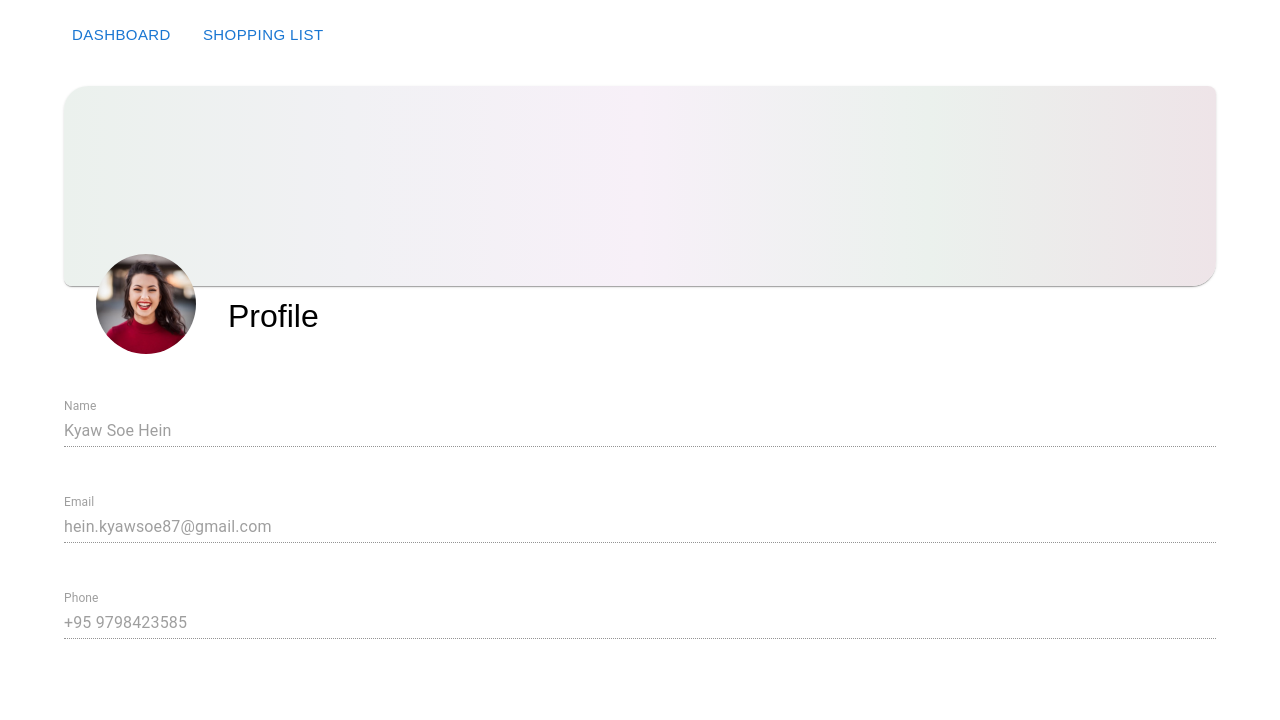
Repository: KyawSoeHein/GoogleAuthReact
Page: /
An editor plug-in stored every save of this project. The page is shown before and after the next save, followed by the edit.
The browser window is 1280 px wide. The pictures show the whole page.
The project was rebuilt for these pictures with package versions that can differ from the ones it lists, and the page was loaded fresh each time.

Above is the page before, as saved 2022-02-14 20:21:28.

### src/index.tsx
import React from "react";
import ReactDOM from "react-dom";
import "./index.css";
import App from "./App";
import Dashboard from "./View/Dashboard";
import reportWebVitals from "./reportWebVitals";

ReactDOM.render(
  <React.StrictMode>
    <Dashboard />
  </React.StrictMode>,
  document.getElementById("root")
);

// If you want to start measuring performance in your app, pass a function
// to log results (for example: reportWebVitals(console.log))
// or send to an analytics endpoint. Learn more: https://bit.ly/CRA-vitals
reportWebVitals();

### src/View/Dashboard.tsx
import React from "react";
import { Container, Grid, Stack } from "@mui/material";
import MenuSelection from "../Components/MenuSelection";
import UserInfo from "../Components/UserInfo";
import CoverAndProfilePhoto from "../Components/CoverAndProfilePhoto";

const Dashboard = () => {
  const dividerSpace = 16;

  return (
    <Grid>
      <Container>
        <div style={{ marginTop: dividerSpace }}>
          <MenuSelection />
        </div>

        <div style={{ marginTop: 2 * dividerSpace }}>
          <CoverAndProfilePhoto />
        </div>

        <div style={{ marginTop: 2 * dividerSpace }}>
          <UserInfo />
        </div>
      </Container>
    </Grid>
  );
};

export default Dashboard;

### src/Components/MenuSelection.tsx
import React from "react";
import { Button, Stack } from "@mui/material";
import "../App.css";

const MenuSelection = () => {
  const buttonFontSize = 15;

  return (
    <Stack direction={"row"} spacing={2}>
      <Button sx={{ fontSize: buttonFontSize, fontFamily: "sans-serif" }}>
        Dashboard
      </Button>
      <Button sx={{ fontSize: buttonFontSize, fontFamily: "sans-serif" }}>
        Shopping List
      </Button>
    </Stack>
  );
};

export default MenuSelection;

### src/Components/UserInfo.tsx
import React from "react";
import { Button, Stack, TextField } from "@mui/material";
import "../App.css";

const UserInfo = () => {
  const buttonFontSize = 15;

  return (
    <Stack spacing={6}>
      <TextField
        disabled
        id="standard-disabled"
        label="Name"
        defaultValue="Kyaw Soe Hein"
        variant="standard"
      />

      <TextField
        disabled
        id="standard-disabled"
        label="Email"
        defaultValue="hein.kyawsoe87@gmail.com"
        variant="standard"
      />

      <TextField
        disabled
        id="standard-disabled"
        label="Phone"
        defaultValue="+95 9798423585"
        variant="standard"
      />
    </Stack>
  );
};

export default UserInfo;

### src/Components/CoverAndProfilePhoto.tsx
import React from "react";
import { Avatar, Button, Paper, Stack } from "@mui/material";
import "../App.css";
import profile from "../images/profile.jpg";

const CoverAndProfilePhoto = () => {
  return (
    <div>
      <Paper
        elevation={1}
        sx={{
          height: 200,
          borderTopRightRadius: 8,
          borderTopLeftRadius: 24,
          borderBottomLeftRadius: 8,
          borderBottomRightRadius: 24,
          background:
            "linear-gradient(to right, rgb(235,241,237), rgb(241,241,244), rgb(247,240,248), rgb(235,241,237), rgb(238,228,232))",
        }}
      ></Paper>

      <div className="coverPhoto">
        <Avatar
          alt="Remy Sharp"
          src={profile}
          sx={{ width: 100, height: 100, marginTop: -4, marginLeft: 4 }}
        />
        <div style={{ marginLeft: 32, marginTop: -20 }}>
          <p className="profileTitle">Profile</p>
        </div>
      </div>
    </div>
  );
};

export default CoverAndProfilePhoto;

### src/App.css
.App {
  text-align: center;
}

.App-logo {
  height: 40vmin;
  pointer-events: none;
}

@media (prefers-reduced-motion: no-preference) {
  .App-logo {
    animation: App-logo-spin infinite 20s linear;
  }
}

.App-header {
  background-color: #282c34;
  min-height: 100vh;
  display: flex;
  flex-direction: column;
  align-items: center;
  justify-content: center;
  font-size: calc(10px + 2vmin);
  color: white;
}

.App-link {
  color: #61dafb;
}

@keyframes App-logo-spin {
  from {
    transform: rotate(0deg);
  }
  to {
    transform: rotate(360deg);
  }
}

.profileTitle {
  font-size: 32px;
  font-family: sans-serif;
  /* font-weight: bold; */
}

.coverPhoto {
  display: flex;
  flex-direction: row;
  flex: 1;
}

Loaded but not shown: public/index.html (common file); src/index.css (common file); src/reportWebVitals.ts (common file)

After the next save:
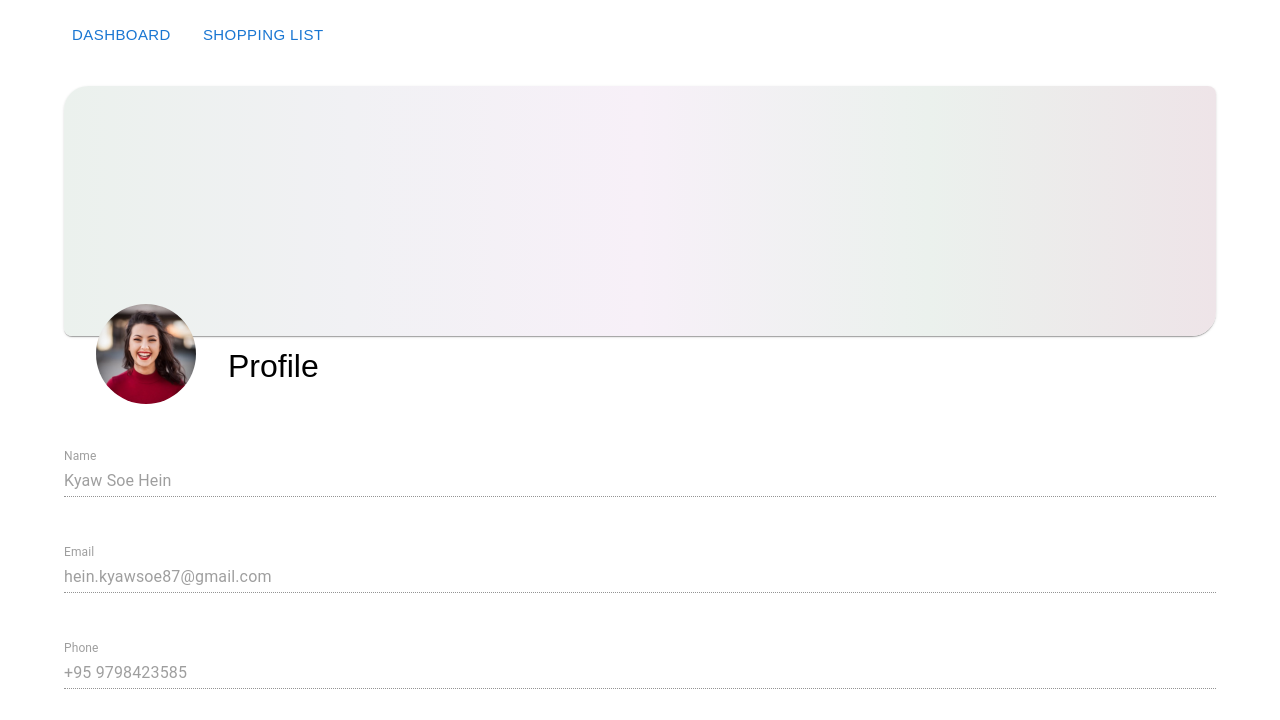
Saved 5 s later.
--- a/src/Components/CoverAndProfilePhoto.tsx
+++ b/src/Components/CoverAndProfilePhoto.tsx
@@ -9,7 +9,7 @@ const CoverAndProfilePhoto = () => {
       <Paper
         elevation={1}
         sx={{
-          height: 200,
+          height: 250,
           borderTopRightRadius: 8,
           borderTopLeftRadius: 24,
           borderBottomLeftRadius: 8,
